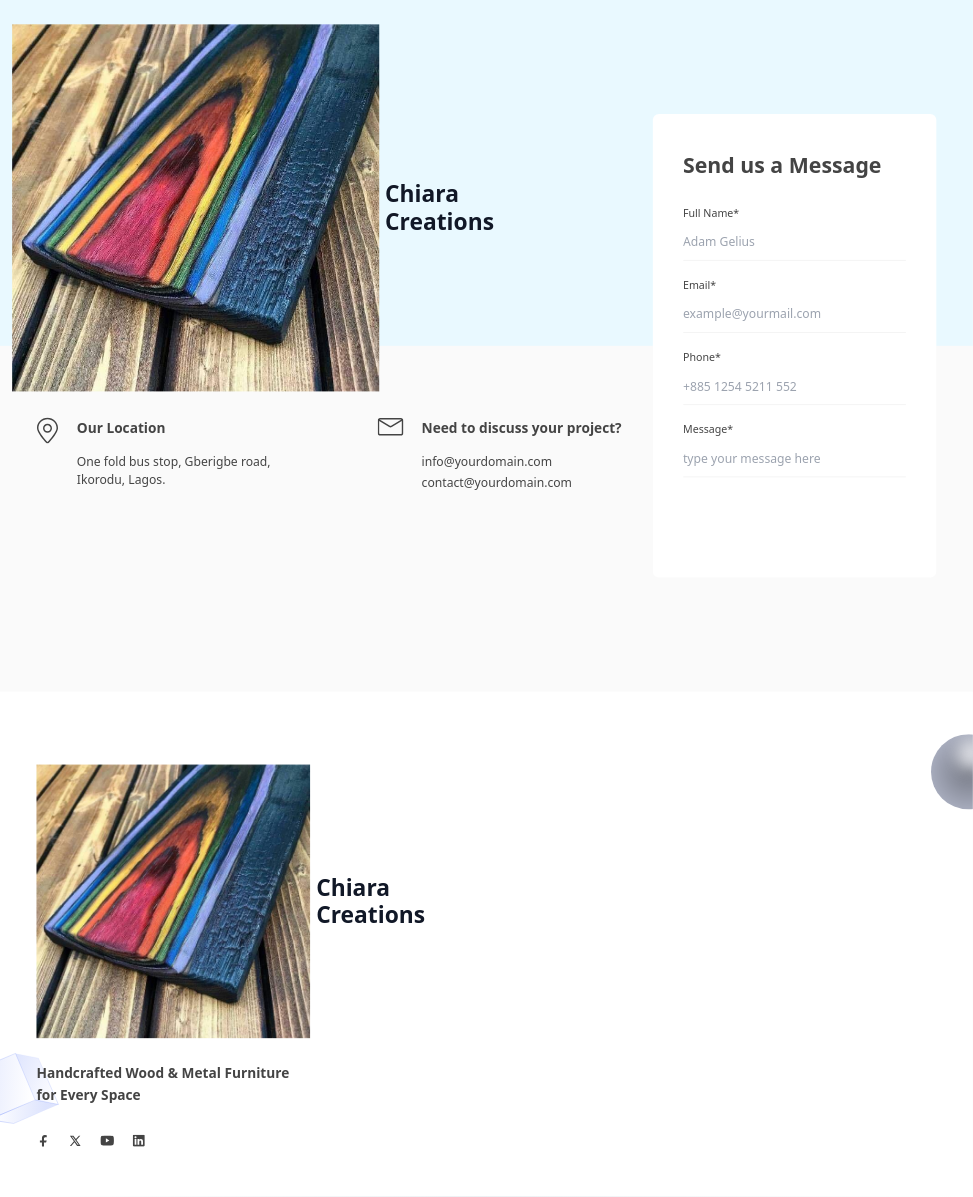
Repository: SuezDevelopment/chiara_creations
Page: /
These files come from the project's save history. The page is drawn as it stood at one moment and after a run of saves; the edit follows.
The browser window is 1280 px wide. The pictures show the whole page, at 76% of full size.
The project was rebuilt for these pictures with package versions that can differ from the ones it lists, and the page was loaded fresh each time. The framework's server and built-in components were replaced by stand-ins that run in the browser. Also part of the build but not shown: next.config.mjs.

Above is the page before, as saved 2024-03-07 13:21:04.

### src/pages/_app.tsx
import 'tailwindcss/tailwind.css';
import "@/styles/globals.css";
import type { AppProps } from "next/app";

import {memo} from 'react';

const MyApp = memo(({Component, pageProps}: AppProps): JSX.Element => {
  return (
    <>
      <Component {...pageProps} />
    </>
  );
});

export default MyApp;

### src/pages/_document.tsx
import { Html, Head, Main, NextScript } from "next/document";

export default function Document() {
  return (
    <Html lang="en">
      <Head>
        <meta charSet="utf-8" />

        <meta content="notranslate" name="google" />
      </Head>
      <body>
        <Main />
        <NextScript />
      </body>
    </Html>
  );
}

### src/pages/index.tsx
import Image from "next/image";
import { Inter } from "next/font/google";
import Page from "@/components/layout/page";
import { homePageMeta } from "@/data/data";
import Header from "@/components/ui/header";
import Contact from "@/components/ui/contact";
import Footer from "@/components/ui/footer";

export default function Home() {
  const {title, description} = homePageMeta;
  return (
    <Page title={title} description={description}>
      <Header />
      <Contact />
      <Footer />
    </Page>
  );
}

### src/styles/globals.css
@tailwind base;
@tailwind components;
@tailwind utilities;

@layer utilities {
  /* Chrome, Safari and Opera */
  .no-scrollbar::-webkit-scrollbar {
    display: none;
  }

  .no-scrollbar {
    -ms-overflow-style: none; /* IE and Edge */
    scrollbar-width: none; /* Firefox */
  }
}

@supports (-webkit-touch-callout: none) {
  .h-screen {
    height: -webkit-fill-available;
  }
}

* {
  -webkit-font-smoothing: antialiased;
  -moz-osx-font-smoothing: grayscale;
}

html {
  -webkit-tap-highlight-color: transparent;
  scroll-behavior: smooth;
  height: 100vh;
}

body {
  position: relative;
  width: 100%;
  color: #444444;
  font-family: system-ui, -apple-system, BlinkMacSystemFont, 'Segoe UI', Ubuntu, 'Helvetica Neue', sans-serif;
  background-color: #fafafa;
}

td,
th {
  padding: 4px 8px 4px 4px;
  text-align: left;
}

th {
  font-weight: 600;
}

### src/components/layout/page.tsx
import { HomepageMeta } from '@/data/types';
import {NextPage} from 'next';
import Head from 'next/head';
import {useRouter} from 'next/router';
import {memo, PropsWithChildren} from 'react';


const Page: NextPage<PropsWithChildren<HomepageMeta>> = memo(({children, title, description}) => {
    const router = useRouter();
    const {asPath: pathname} = useRouter();
    return (
        <>
            <Head>
                <title>{title}</title>
                <meta name="description" content={description} />

                 {/* several domains list the same content, make sure google knows we mean this one. */}
                <link href={`https://chiara-creations.vercel.app${pathname}`} key="canonical" rel="canonical" />
                <link href="/favicon.ico" rel="icon" sizes="any" />

                <link href="/icon.svg" rel="icon" type="image/svg+xml" />

                <link href="/apple-touch-icon.png" rel="apple-touch-icon" />

                <link href="/site.webmanifest" rel="manifest" />

                {/* Open Graph : https://ogp.me/ */}
                <meta content={title} property="og:title" />
                <meta content={description} property="og:description" />
                <meta content={`https://chiara-creations.vercel.app${pathname}`} property="og:url" />

                <meta content={title} name="twitter:title" />
                <meta content={description} name="twitter:description" />
            </Head>
            <main>
                {children}
            </main>
        </>
    )
});

Page.displayName = 'Page';
export default Page;

### src/data/data.ts
import { HomepageMeta, Service } from "./types";

export const homePageMeta: HomepageMeta = {
  title:
    "Chiara Creations - Handcrafted Wood & Metal Furniture for Every Space",
  description:
    "With a focus on quality craftsmanship and innovative design, we cater to various sectors including residential, commercial, and industrial clients.",
};

export const services: Service[] = [
  {
    name: "Wooden Furniture",
    description:
      "At Chiara creations,our wooden furniture range includes but is not limited to tables, chairs, doors,cabinets, shelves, closets,bed frames, and custom-designed pieces.",
  },
  {
    name: "Metal Furniture",
    description:
      "We also manufacture metal furniture such as steel-framed tables, chairs, desks, shelves, armored doors, security doors , regular doors and industrial-style furniture for modern living spaces.",
  },
  {
    name: "Custom Fabrication",
    description:
      "We provide bespoke fabrication services, collaborating closely with clients to create custom wood and metal products tailored to their specific requirements.",
  },
  {
    name: "Interior Design Solutions",
    description:
      "Our team here at Chiara creations offers comprehensive interior design solutions, integrating our furniture pieces into cohesive interior spaces for homes, offices, restaurants, and other commercial establishments.",
  },
  {
    name: "Consultation and Installation",
    description:
      "From initial consultation to final installation, we ensure a seamless process, guiding clients through every step of the project to achieve their desired outcome.",
  },
];

### src/components/ui/footer.tsx
"use client";
import Image from "next/image";
import Link from "next/link";

const Footer = () => {
  return (
    <>
      <footer className="relative z-10 bg-white pt-16 dark:bg-gray-dark md:pt-20 lg:pt-24">
        <div className="container px-4 mx-auto">
          <div className="mx-4 flex flex-wrap">
            <div className="w-full px-4 md:w-1/2 lg:w-4/12 xl:w-5/12">
              <div className="mb-5 max-w-[360px] lg:mb-16">
                <Link href="/" className="mb-8 flex items-center space-x-2">
                  <Image
                    src="/images/logo.png"
                    alt="logo"
                    className="w-full dark:hidden"
                    width={40}
                    height={30}
                  />
                  <Image
                    src="/images/logo.png"
                    alt="logo"
                    className="hidden w-full dark:block"
                    width={40}
                    height={30}
                  />
                  <span className="text-2xl sm:text-xl md:text-3xl font-bold text-gray-900 dark:text-gray">Chiara Creations</span>
                </Link>
                <p className="mb-9 leading-relaxed font-bold text-lg text-body-color dark:text-body-color-dark">
                    Handcrafted Wood & Metal Furniture for Every Space
                </p>
                <div className="flex items-center">
                  <a
                    href="/"
                    aria-label="social-link"
                    target="_blank"
                    rel="noopener noreferrer"
                    className="mr-6 text-body-color duration-300 hover:text-primary dark:text-body-color-dark dark:hover:text-primary"
                  >
                    <svg
                      width="18"
                      height="18"
                      viewBox="0 0 22 22"
                      fill="none"
                      xmlns="http://www.w3.org/2000/svg"
                    >
                      <path
                        d="M12.1 10.4939V7.42705C12.1 6.23984 13.085 5.27741 14.3 5.27741H16.5V2.05296L13.5135 1.84452C10.9664 1.66676 8.8 3.63781 8.8 6.13287V10.4939H5.5V13.7183H8.8V20.1667H12.1V13.7183H15.4L16.5 10.4939H12.1Z"
                        fill="currentColor"
                      />
                    </svg>
                  </a>
                  <a
                    href="/"
                    aria-label="social-link"
                    target="_blank"
                    rel="noopener noreferrer"
                    className="mr-6 text-body-color duration-300 hover:text-primary dark:text-body-color-dark dark:hover:text-primary"
                  >
                    <svg
                      width="18"
                      height="18"
                      viewBox="0 0 22 22"
                      fill="none"
                      xmlns="http://www.w3.org/2000/svg"
                    >
                      <path
                        fillRule="evenodd"
                        clipRule="evenodd"
                        d="M13.9831 19.25L9.82094 13.3176L4.61058 19.25H2.40625L8.843 11.9233L2.40625 2.75H8.06572L11.9884 8.34127L16.9034 2.75H19.1077L12.9697 9.73737L19.6425 19.25H13.9831ZM16.4378 17.5775H14.9538L5.56249 4.42252H7.04674L10.808 9.6899L11.4584 10.6039L16.4378 17.5775Z"
                        fill="currentColor"
                      />
                    </svg>
                  </a>
                  <a
                    href="/"
                    aria-label="social-link"
                    target="_blank"
                    rel="noopener noreferrer"
                    className="mr-6 text-body-color duration-300 hover:text-primary dark:text-body-color-dark dark:hover:text-primary"
                  >
                    <svg
                      width="18"
                      height="14"
                      viewBox="0 0 18 14"
                      className="fill-current"
                    >
                      <path d="M17.5058 2.07119C17.3068 1.2488 16.7099 0.609173 15.9423 0.395963C14.5778 7.26191e-08 9.0627 0 9.0627 0C9.0627 0 3.54766 7.26191e-08 2.18311 0.395963C1.41555 0.609173 0.818561 1.2488 0.619565 2.07119C0.25 3.56366 0.25 6.60953 0.25 6.60953C0.25 6.60953 0.25 9.68585 0.619565 11.1479C0.818561 11.9703 1.41555 12.6099 2.18311 12.8231C3.54766 13.2191 9.0627 13.2191 9.0627 13.2191C9.0627 13.2191 14.5778 13.2191 15.9423 12.8231C16.7099 12.6099 17.3068 11.9703 17.5058 11.1479C17.8754 9.68585 17.8754 6.60953 17.8754 6.60953C17.8754 6.60953 17.8754 3.56366 17.5058 2.07119ZM7.30016 9.44218V3.77687L11.8771 6.60953L7.30016 9.44218Z" />
                    </svg>
                  </a>
                  <a
                    href="/"
                    aria-label="social-link"
                    target="_blank"
                    rel="noopener noreferrer"
                    className="text-body-color duration-300 hover:text-primary dark:text-body-color-dark dark:hover:text-primary"
                  >
                    <svg
                      width="17"
                      height="16"
                      viewBox="0 0 17 16"
                      className="fill-current"
                    >
                      <path d="M15.2196 0H1.99991C1.37516 0 0.875366 0.497491 0.875366 1.11936V14.3029C0.875366 14.8999 1.37516 15.4222 1.99991 15.4222H15.1696C15.7943 15.4222 16.2941 14.9247 16.2941 14.3029V1.09448C16.3441 0.497491 15.8443 0 15.2196 0ZM5.44852 13.1089H3.17444V5.7709H5.44852V13.1089ZM4.29899 4.75104C3.54929 4.75104 2.97452 4.15405 2.97452 3.43269C2.97452 2.71133 3.57428 2.11434 4.29899 2.11434C5.02369 2.11434 5.62345 2.71133 5.62345 3.43269C5.62345 4.15405 5.07367 4.75104 4.29899 4.75104ZM14.07 13.1089H11.796V9.55183C11.796 8.7061 11.771 7.58674 10.5964 7.58674C9.39693 7.58674 9.222 8.53198 9.222 9.47721V13.1089H6.94792V5.7709H9.17202V6.79076H9.19701C9.52188 6.19377 10.2466 5.59678 11.3711 5.59678C13.6952 5.59678 14.12 7.08925 14.12 9.12897V13.1089H14.07Z" />
                    </svg>
                  </a>
                </div>
              </div>
            </div>
          </div>

          <div className="h-px w-full bg-gradient-to-r from-transparent via-[#D2D8E183] to-transparent dark:via-[#959CB183]"></div>
          {/* <div className="py-8">
            <p className="text-center text-base text-body-color dark:text-white">
              Template by{" "}
              <a
                href="http://uideck.com"
                target="_blank"
                rel="noopener noreferrer"
                className="hover:text-primary"
              >
                UIdeck
              </a>{" "}
              and{" "}
              <a
                href="https://nextjstemplates.com"
                target="_blank"
                rel="noopener noreferrer"
                className="hover:text-primary"
              >
                Next.js Templates
              </a>
            </p>
          </div> */}
        </div>
        <div className="absolute right-0 top-14 z-[-1]">
          <svg
            width="55"
            height="99"
            viewBox="0 0 55 99"
            fill="none"
            xmlns="http://www.w3.org/2000/svg"
          >
            <circle opacity="0.8" cx="49.5" cy="49.5" r="49.5" fill="#959CB1" />
            <mask
              id="mask0_94:899"
              style={{ maskType: "alpha" }}
              maskUnits="userSpaceOnUse"
              x="0"
              y="0"
              width="99"
              height="99"
            >
              <circle
                opacity="0.8"
                cx="49.5"
                cy="49.5"
                r="49.5"
                fill="#4A6CF7"
              />
            </mask>
            <g mask="url(#mask0_94:899)">
              <circle
                opacity="0.8"
                cx="49.5"
                cy="49.5"
                r="49.5"
                fill="url(#paint0_radial_94:899)"
              />
              <g opacity="0.8" filter="url(#filter0_f_94:899)">
                <circle cx="53.8676" cy="26.2061" r="20.3824" fill="white" />
              </g>
            </g>
            <defs>
              <filter
                id="filter0_f_94:899"
                x="12.4852"
                y="-15.1763"
                width="82.7646"
                height="82.7646"
                filterUnits="userSpaceOnUse"
                colorInterpolationFilters="sRGB"
              >
                <feFlood floodOpacity="0" result="BackgroundImageFix" />
                <feBlend
                  mode="normal"
                  in="SourceGraphic"
                  in2="BackgroundImageFix"
                  result="shape"
                />
                <feGaussianBlur
                  stdDeviation="10.5"
                  result="effect1_foregroundBlur_94:899"
                />
              </filter>
              <radialGradient
                id="paint0_radial_94:899"
                cx="0"
                cy="0"
                r="1"
                gradientUnits="userSpaceOnUse"
                gradientTransform="translate(49.5 49.5) rotate(90) scale(53.1397)"
              >
                <stop stopOpacity="0.47" />
                <stop offset="1" stopOpacity="0" />
              </radialGradient>
            </defs>
          </svg>
        </div>
        <div className="absolute bottom-24 left-0 z-[-1]">
          <svg
            width="79"
            height="94"
            viewBox="0 0 79 94"
            fill="none"
            xmlns="http://www.w3.org/2000/svg"
          >
            <rect
              opacity="0.3"
              x="-41"
              y="26.9426"
              width="66.6675"
              height="66.6675"
              transform="rotate(-22.9007 -41 26.9426)"
              fill="url(#paint0_linear_94:889)"
            />
            <rect
              x="-41"
              y="26.9426"
              width="66.6675"
              height="66.6675"
              transform="rotate(-22.9007 -41 26.9426)"
              stroke="url(#paint1_linear_94:889)"
              strokeWidth="0.7"
            />
            <path
              opacity="0.3"
              d="M50.5215 7.42229L20.325 1.14771L46.2077 62.3249L77.1885 68.2073L50.5215 7.42229Z"
              fill="url(#paint2_linear_94:889)"
            />
            <path
              d="M50.5215 7.42229L20.325 1.14771L46.2077 62.3249L76.7963 68.2073L50.5215 7.42229Z"
              stroke="url(#paint3_linear_94:889)"
              strokeWidth="0.7"
            />
            <path
              opacity="0.3"
              d="M17.9721 93.3057L-14.9695 88.2076L46.2077 62.325L77.1885 68.2074L17.9721 93.3057Z"
              fill="url(#paint4_linear_94:889)"
            />
            <path
              d="M17.972 93.3057L-14.1852 88.2076L46.2077 62.325L77.1884 68.2074L17.972 93.3057Z"
              stroke="url(#paint5_linear_94:889)"
              strokeWidth="0.7"
            />
            <defs>
              <linearGradient
                id="paint0_linear_94:889"
                x1="-41"
                y1="21.8445"
                x2="36.9671"
                y2="59.8878"
                gradientUnits="userSpaceOnUse"
              >
                <stop stopColor="#4A6CF7" stopOpacity="0.62" />
                <stop offset="1" stopColor="#4A6CF7" stopOpacity="0" />
              </linearGradient>
              <linearGradient
                id="paint1_linear_94:889"
                x1="25.6675"
                y1="95.9631"
                x2="-42.9608"
                y2="20.668"
                gradientUnits="userSpaceOnUse"
              >
                <stop stopColor="#4A6CF7" stopOpacity="0" />
                <stop offset="1" stopColor="#4A6CF7" stopOpacity="0.51" />
              </linearGradient>
              <linearGradient
                id="paint2_linear_94:889"
                x1="20.325"
                y1="-3.98039"
                x2="90.6248"
                y2="25.1062"
                gradientUnits="userSpaceOnUse"
              >
                <stop stopColor="#4A6CF7" stopOpacity="0.62" />
                <stop offset="1" stopColor="#4A6CF7" stopOpacity="0" />
              </linearGradient>
              <linearGradient
                id="paint3_linear_94:889"
                x1="18.3642"
                y1="-1.59742"
                x2="113.9"
                y2="80.6826"
                gradientUnits="userSpaceOnUse"
              >
                <stop stopColor="#4A6CF7" stopOpacity="0" />
                <stop offset="1" stopColor="#4A6CF7" stopOpacity="0.51" />
              </linearGradient>
              <linearGradient
                id="paint4_linear_94:889"
                x1="61.1098"
                y1="62.3249"
                x2="-8.82468"
                y2="58.2156"
                gradientUnits="userSpaceOnUse"
              >
                <stop stopColor="#4A6CF7" stopOpacity="0.62" />
                <stop offset="1" stopColor="#4A6CF7" stopOpacity="0" />
              </linearGradient>
              <linearGradient
                id="paint5_linear_94:889"
                x1="65.4236"
                y1="65.0701"
                x2="24.0178"
                y2="41.6598"
                gradientUnits="userSpaceOnUse"
              >
                <stop stopColor="#4A6CF7" stopOpacity="0" />
                <stop offset="1" stopColor="#4A6CF7" stopOpacity="0.51" />
              </linearGradient>
            </defs>
          </svg>
        </div>
      </footer>
    </>
  );
};

export default Footer;

Loaded but not shown: tailwind.config.ts (common file); src/components/ui/contact.tsx (149 lines, source omitted); src/components/ui/header.tsx (177 lines, source omitted)

After the next 2 saves:
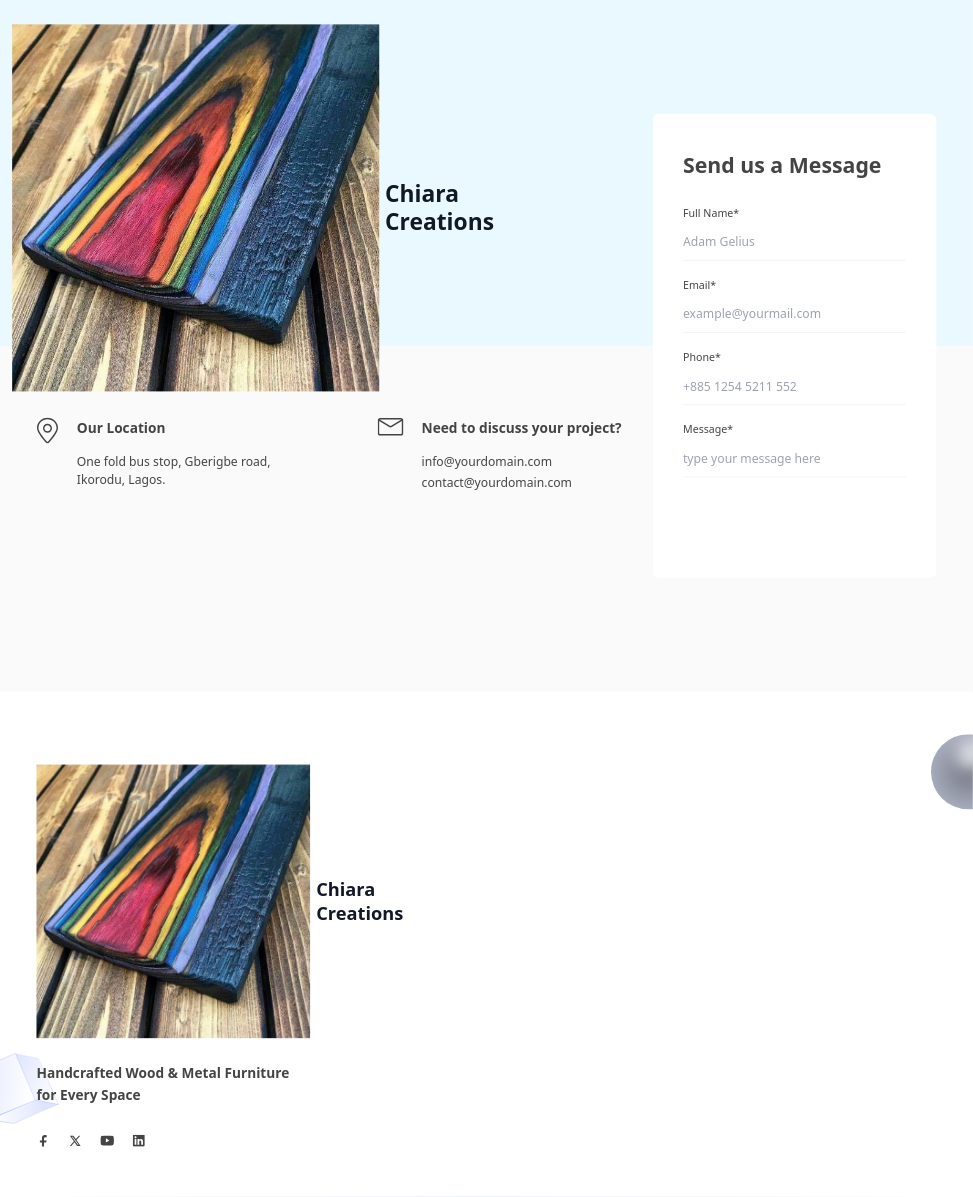
The 2 saves are shown as one change because they came seconds apart.
The last was saved 16 s later.
--- a/src/components/ui/footer.tsx
+++ b/src/components/ui/footer.tsx
@@ -25,7 +25,7 @@
                     width={40}
                     height={30}
                   />
-                  <span className="text-2xl sm:text-xl md:text-3xl font-bold text-gray-900 dark:text-gray">Chiara Creations</span>
+                  <span className="text-2xl sm:text-xl md:text-2xl font-bold text-gray-900 dark:text-gray">Chiara Creations</span>
                 </Link>
                 <p className="mb-9 leading-relaxed font-bold text-lg text-body-color dark:text-body-color-dark">
                     Handcrafted Wood & Metal Furniture for Every Space
